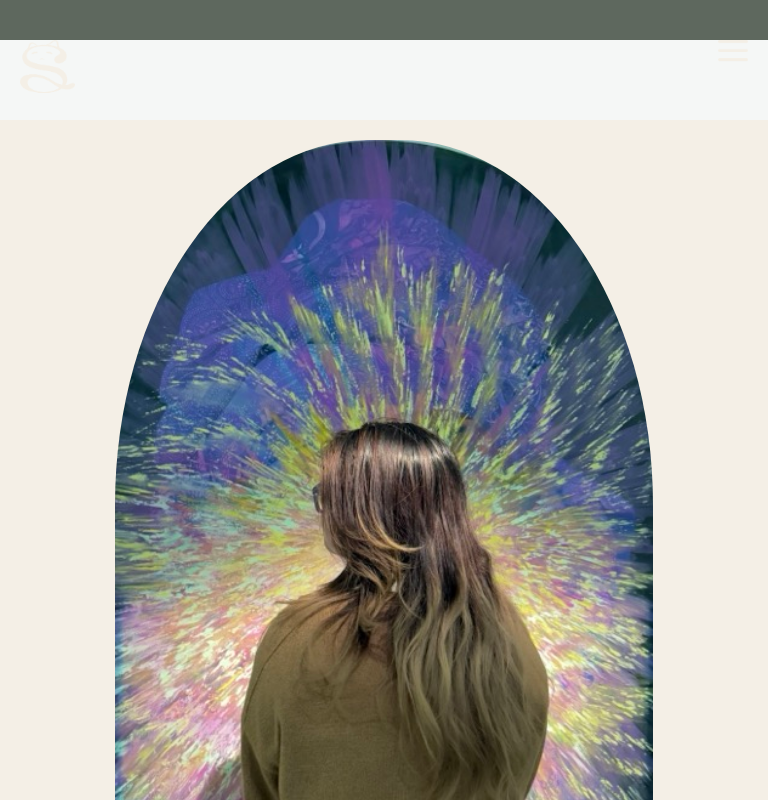
Repository: SandyLy453/portfolio
Page: /
The author's editor kept a copy of each file at every save. The page is drawn from the files as they stood at one save, then again after the next save.
The browser window is 768 px wide. The pictures show the whole page.
An inner scrolling area shows only its first screen. The project was rebuilt for these pictures with package versions that can differ from the ones it lists, and the page was loaded fresh each time. The framework's server and built-in components were replaced by stand-ins that run in the browser. Also part of the build but not shown: next.config.mjs, modules/Footer/Footer.module.css, modules/Footer/Footer.js, modules/ProjectCard/ProjectCard.module.css, modules/ProjectCard/Projectcard.js.

Above is the page before, as saved 2025-02-17 17:23:48.

After the next save:
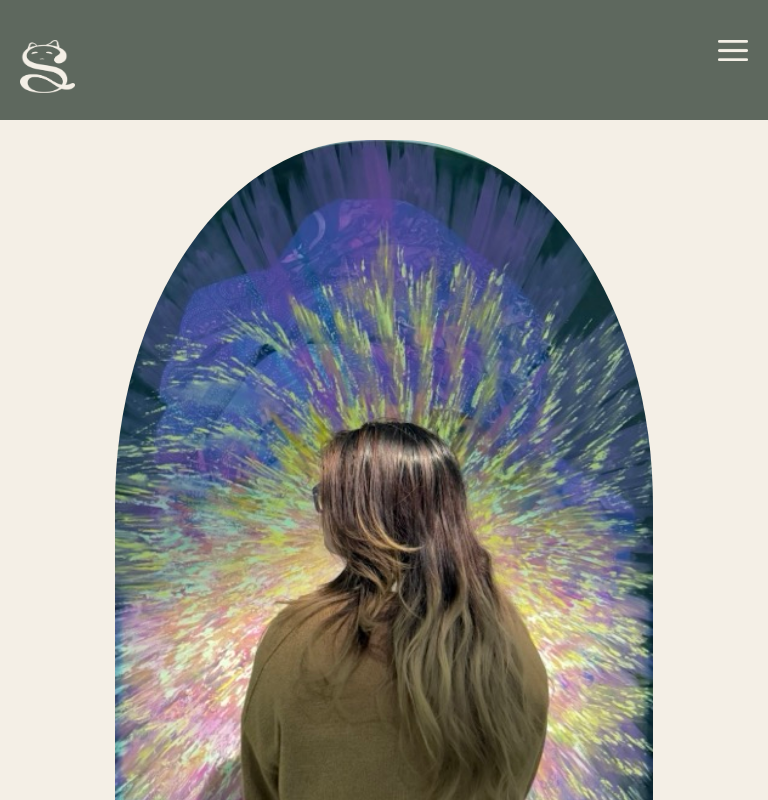
Saved 25 s later.
--- a/modules/Header/Header.module.css
+++ b/modules/Header/Header.module.css
@@ -69,6 +69,7 @@
 @media screen and (max-width: 768px) {
     .header {
         width: 100vw;
+        min-height: 120px;
         right: 0;
         display: flex;
         flex-direction: row;
